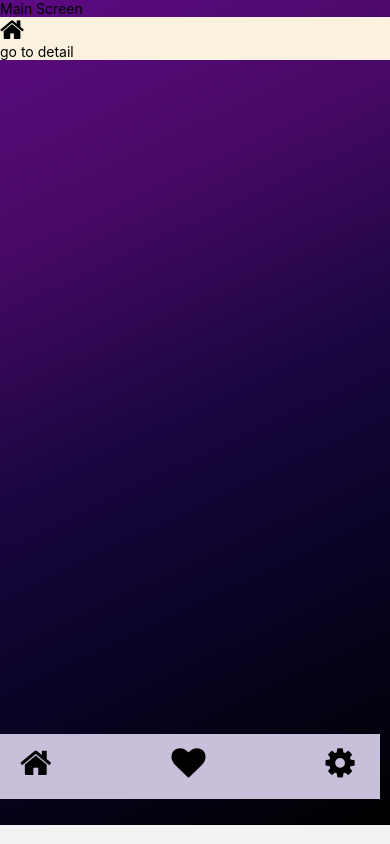
Repository: eyebone/barManager
Screen: /Main
These files come from the project's save history. The screen is drawn as it stood at one moment and after a run of saves; the edit follows.
The app was drawn by React Native's web renderer in a window 390 px wide. The project was rebuilt for these pictures with package versions that can differ from the ones it lists, and the page was loaded fresh each time. Some packages were replaced by stand-ins written for this rebuild. Also part of the build but not shown: components/EmojiPicker.js, components/Button.js, components/ImageViewer.js, components/circleButton.js, components/IconButton.js, view/ViewOne.js, view/Sign.js.

Above is the screen before, as saved 2023-06-27 09:35:31.

After the next 2 saves:
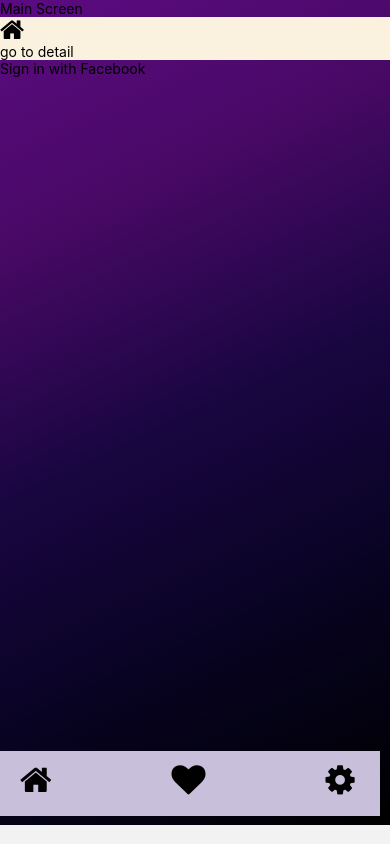
The 2 saves are shown as one change because they came seconds apart.
The last was saved 9 s later.
--- a/view/Main.js
+++ b/view/Main.js
@@ -25,18 +25,14 @@ export function MainView({ navigation }) {
       style={styles.mainlinearGradient}
     >
       <Text>Main Screen</Text>
-      <Pressable
-        style={(styles.button, { backgroundColor: "#faf2de" })}
-
-      >
+      <Pressable style={(styles.button, { backgroundColor: "#faf2de" })}>
         <FontAwesome name="home" size={26} style={{ paddingRight: 8 }} />
         <Text>go to detail</Text>
       </Pressable>
 
-
+      <Text style={styles.buttonText}>Sign in with Facebook</Text>
       {/* <Text style={styles.buttonText}>Sign in with Facebook</Text> */}
-
-      <NavigationBar navigation={navigation}/>
+      <NavigationBar navigation={navigation} />
     </LinearGradient>
   );
 }
